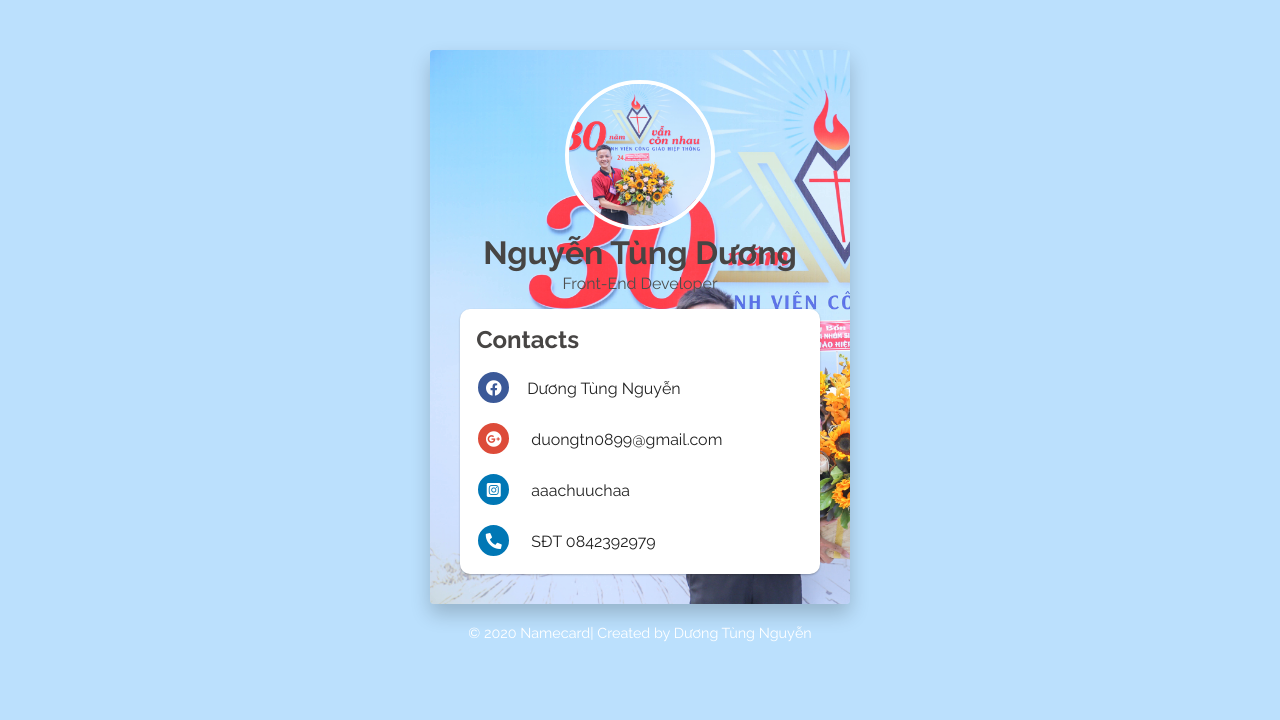
Repository: DuongTungNguyen0899/Card_Duong.github.io
Page: index.html
The author's editor kept a copy of each file at every save. The page is drawn from the files as they stood at one save, then again after the next save.
The browser window is 1280 px wide. The pictures show the whole page.

Above is the page before, as saved 2021-06-27 18:46:20.

After the next save:
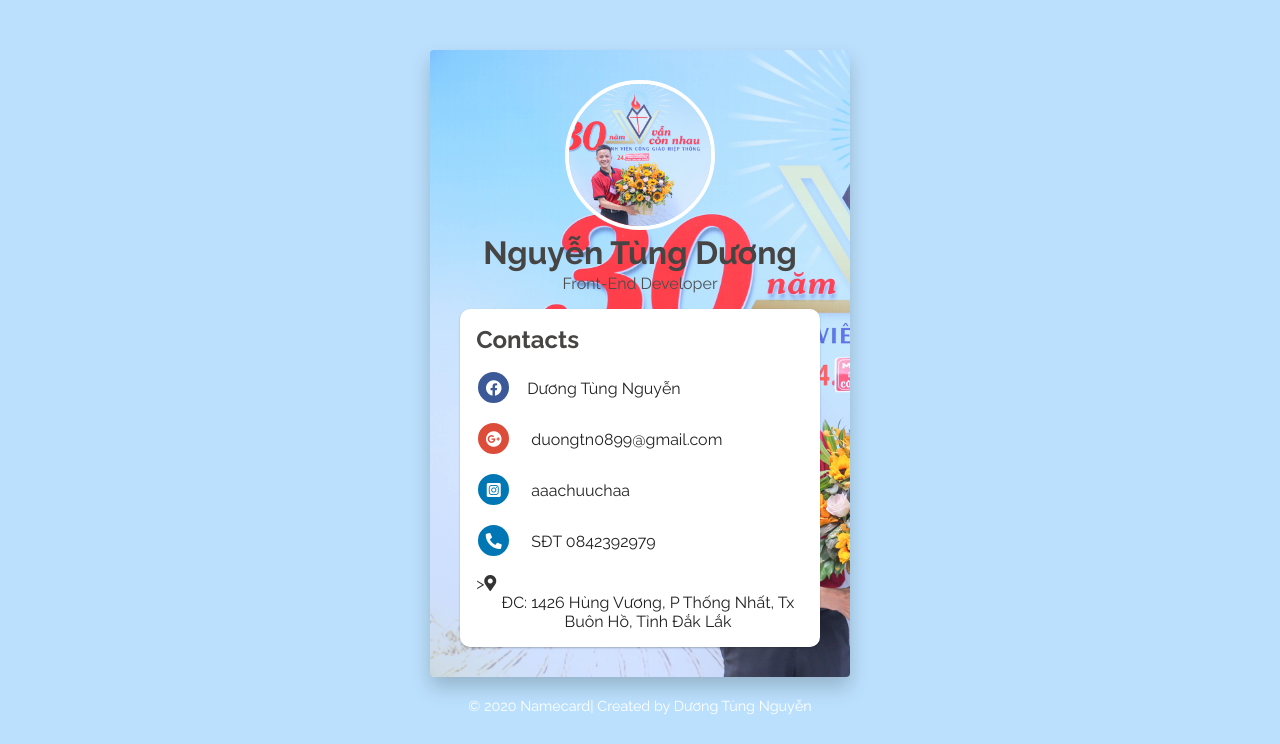
Saved 10 min 7 s later.
--- a/index.html
+++ b/index.html
@@ -42,6 +42,7 @@
                         <!-- <li><a href="#"> <img src="/img/iconfinder_7044033_zalo_icon_512px.png" class="fab fa-zalo" alt=""> <p>Connected To Zalo</p></a></li> -->
 						<li><a href="https://www.instagram.com/aaachuuchaa/"><i class="fab fa-instagram-square"></i> <p>aaachuuchaa</p></a></li>
 						<li><a href="tel: 0842392979"><i class="fas fa-phone-alt "></i> <p>SĐT 0842392979</p></a></li>
+						<li><a href="" <iframe src="https://www.google.com/maps/embed?pb=!1m18!1m12!1m3!1d3889.9181489788043!2d108.25119941445594!3d12.84856302104343!2m3!1f0!2f0!3f0!3m2!1i1024!2i768!4f13.1!3m3!1m2!1s0x3171e2dbb98475fb%3A0x9c97d046349da663!2zMTQyNiBIw7luZyBWxrDGoW5nLCBUaOG7kW5nIE5o4bqldCwgQnXDtG4gSOG7kywgxJDhuq9rIEzhuq9rLCBWaeG7h3QgTmFt!5e0!3m2!1svi!2s!4v1624794962893!5m2!1svi!2s" width="400" height="300" style="border:0;" allowfullscreen="" loading="lazy"></iframe>><i class="fas fa-map-marker-alt "></i> <p>ĐC: 1426 Hùng Vương, P Thống Nhất, Tx Buôn Hồ, Tỉnh Đắk Lắk</p></a></li>
 					</ul>
 				</div>
 			</div>
